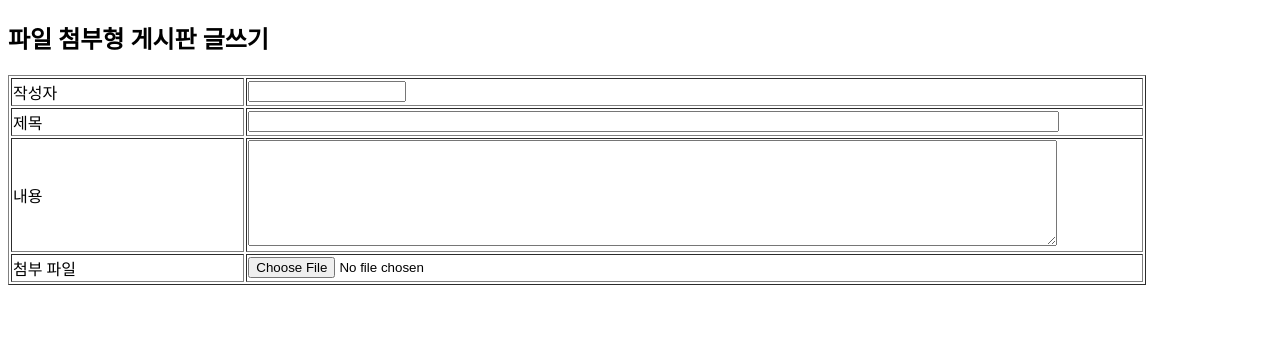
Repository: parkho96/testnum2
Page: http://localhost/jspstudy/m2board/write.do
These files come from the project's save history. The page is drawn as it stood at one moment and after a run of saves; the edit follows.
The browser window is 1280 px wide. The pictures show the whole page.
The page is served by Tomcat 9. Other server files are loaded and not shown.

Above is the page before, as saved 2023-04-12 05:48:31.

### workjsp/jspstudy/src/main/webapp/14M2Board/Write.jsp
<%@ page language="java" contentType="text/html; charset=UTF-8"
    pageEncoding="UTF-8"%>
<!DOCTYPE html>
<html>
<head>
<meta charset="UTF-8">
<title>자료 게시판</title>
</head>
<body>
	<h2>파일 첨부형 게시판 글쓰기</h2>
	<form action="../m2board/write.do" method="post" name=writeForm
		enctype="multipart/form-data">
		<table border="1" width="90%">
			<tr>
				<td>작성자</td>
				<td>
					<input type="text" name="name" style="width:150px;"/>
				</td>
			</tr>
			<tr>
				<td>제목</td>
				<td>
					<input type="text" name="title" style="width:90%;"/>
				</td>
			</tr>
			<tr>
				<td>내용</td>
				<td>
					<textarea name="content" style="width:90%;height:100px;"></textarea>
				</td>
			</tr>
			<tr>
				<td>첨부 파일</td>
				<td>
					<input type="file" name="ofile"/>
				</td>
			</tr>


		</table>
	</form>
</body>
</html>

### workjsp/jspstudy/src/main/java/m2board/WriteController.java
package m2board;

import java.io.File;
import java.io.IOException;
import java.text.SimpleDateFormat;
import java.util.Date;

import javax.servlet.ServletContext;
import javax.servlet.ServletException;
import javax.servlet.http.HttpServlet;
import javax.servlet.http.HttpServletRequest;
import javax.servlet.http.HttpServletResponse;

import com.oreilly.servlet.MultipartRequest;

import utils.AlertFunc;
import utils.FileUtil;

public class WriteController extends HttpServlet
{
	@Override
	protected void doGet(HttpServletRequest req, HttpServletResponse resp) throws ServletException, IOException {
		req.getRequestDispatcher("/14M2Board/Write.jsp").forward(req, resp);
	}


	@Override
	protected void doPost(HttpServletRequest req, HttpServletResponse resp) throws ServletException, IOException {
		//  파일 업로드 처리
		// >업로드 디렉토리의 물리적 경로 확인
		String saveDirectory = req.getServletContext().getRealPath("/Storage");
		//  파일 업로드를 위한 기본 정보
		ServletContext application = getServletContext();
		int maxPostSize = Integer.parseInt(application.getInitParameter("maxPostSize"));
		// >파일 업로드
		MultipartRequest mr = FileUtil.uploadFile(req, saveDirectory, maxPostSize);
		if(mr==null)
		{
			//파일 업로드 실패하면
			AlertFunc.alertLocation(resp,"첨부 파일이 업로드 되지 않았습니다." , "../m2board/write.do");
			return;
		}

		//DB 정보 저장
		//폼값을 DTO 저장
		MBoardDTO dto = new MBoardDTO();
		dto.setName(mr.getParameter("name"));
		dto.setTitle(mr.getParameter("title"));
		dto.setContent(mr.getParameter("content"));
		dto.setPass(mr.getParameter("pass"));

		//원본 파일명과 수정된 파일명
		String filename = mr.getFilesystemName("ofile");
		if(filename!=null)
		{
			// 새 파일 명 생성
			String nfname = new SimpleDateFormat("yyyyMMdd_HmsS").format(new Date());
			String ext = filename.substring(filename.lastIndexOf("."));
			String newFileName = nfname+ext;

			// 파일명 변경
			File oldFile = new File(saveDirectory+File.separator+filename);
			File newFile = new File(saveDirectory+File.separator+newFileName);
			oldFile.renameTo(newFile);
			// 원래 파일 이름
			dto.setOfile(filename);
			// 서버에 저장된 파일 이름
			dto.setNfile(newFileName);
		}

		//DAO를 통해 DB에 내용저장
		MBoardDAO dao = new MBoardDAO();
		int result = dao.insertWrite(dto);
		dao.close();

		//성공여부
		if(result==1) // 성공
		{
			resp.sendRedirect("../m2board/list.do");
		}
		else
		{
			resp.sendRedirect("../m2board/write.do");
		}


	}
}

After the next 2 saves:
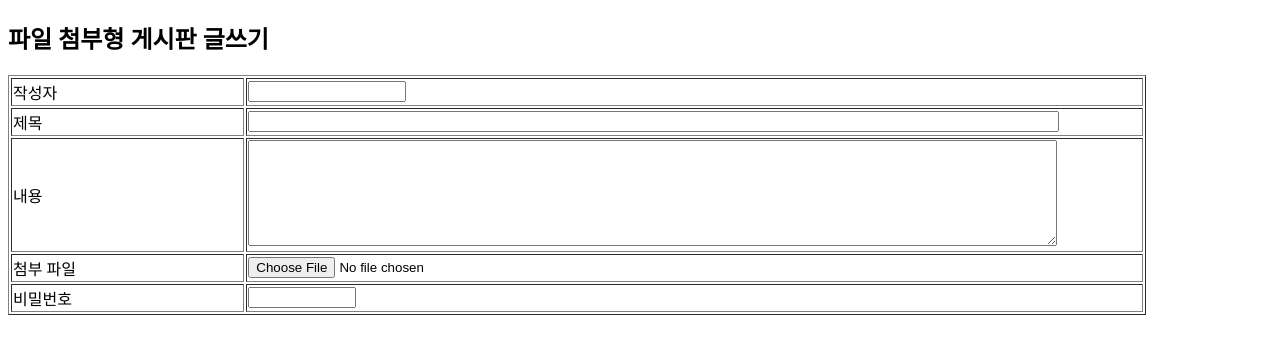
The 2 saves are shown as one change because they came seconds apart.
The last was saved 48 s later.
--- a/workjsp/jspstudy/src/main/webapp/14M2Board/Write.jsp
+++ b/workjsp/jspstudy/src/main/webapp/14M2Board/Write.jsp
@@ -35,6 +35,12 @@
 					<input type="file" name="ofile"/>
 				</td>
 			</tr>
+			<tr>
+				<td>비밀번호</td>
+				<td>
+					<input type="password" name="pass" style="width:100px;"/>
+				</td>
+			</tr>
 
 
 		</table>
